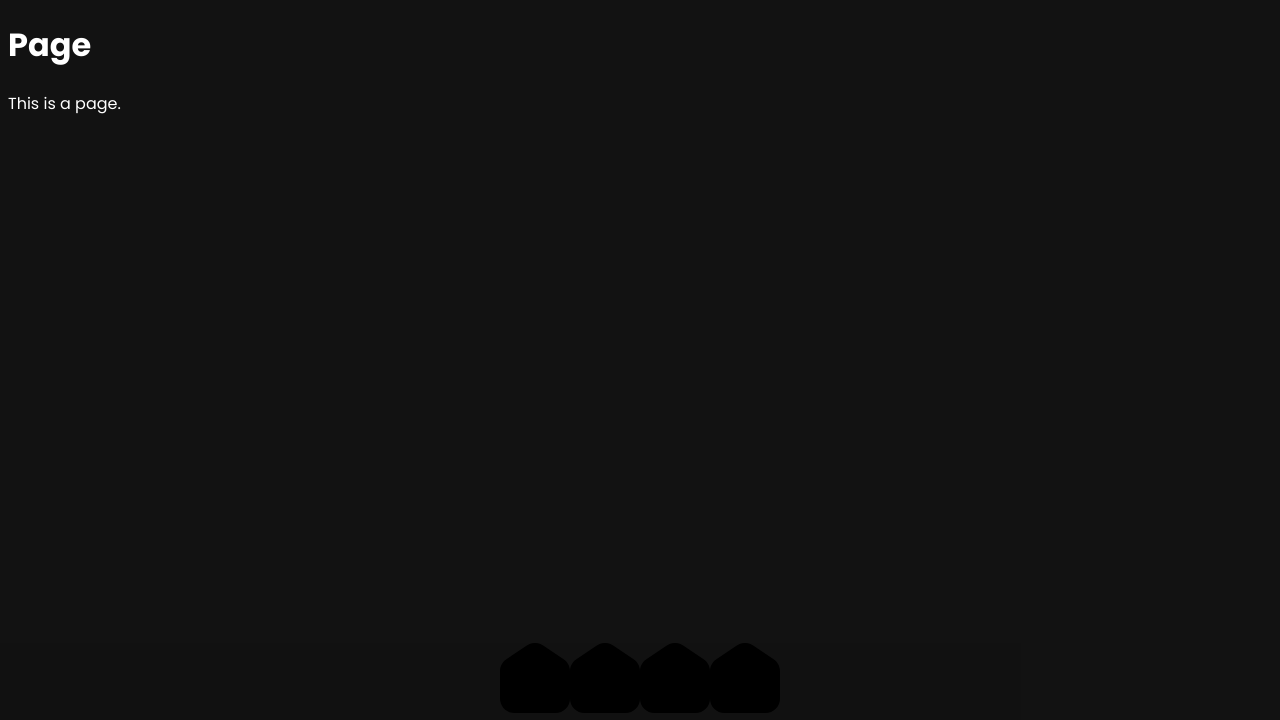
Repository: NubbDev/anime-frontend
Page: /
An editor plug-in stored every save of this project. The page is shown before and after a run of saves, followed by the edit.
The browser window is 1280 px wide. The pictures show the whole page.
The project was rebuilt for these pictures with package versions that can differ from the ones it lists, and the page was loaded fresh each time. The framework's server and built-in components were replaced by stand-ins that run in the browser. Also part of the build but not shown: svelte.config.js, vite.config.js.

Above is the page before, as saved 2024-08-08 01:13:00.

After the next 2 saves:
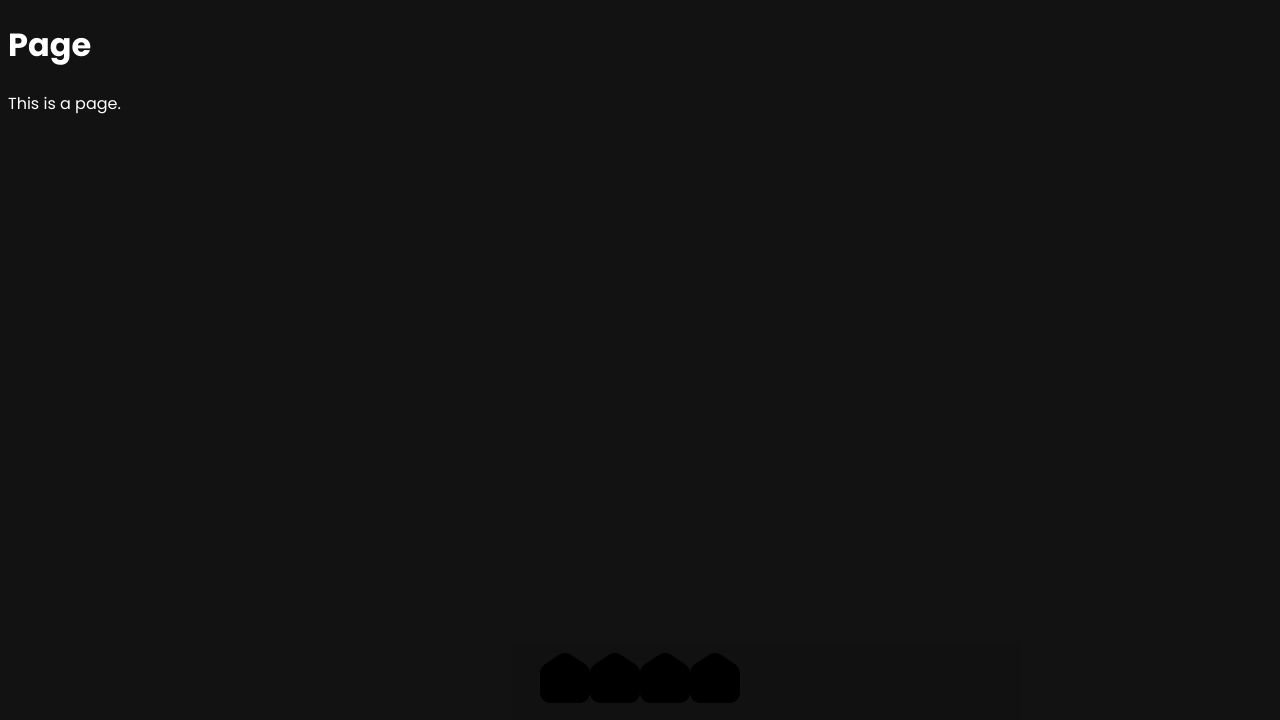
The 2 saves are shown as one change because they came seconds apart.
The last was saved 15 s later.
--- a/src/components/navigation/NavBar.svelte
+++ b/src/components/navigation/NavBar.svelte
@@ -53,7 +53,7 @@
     }
 
     nav a img {
-        width: 70px;
+        width: 50px;
         height: 70px;
     }
 </style>
